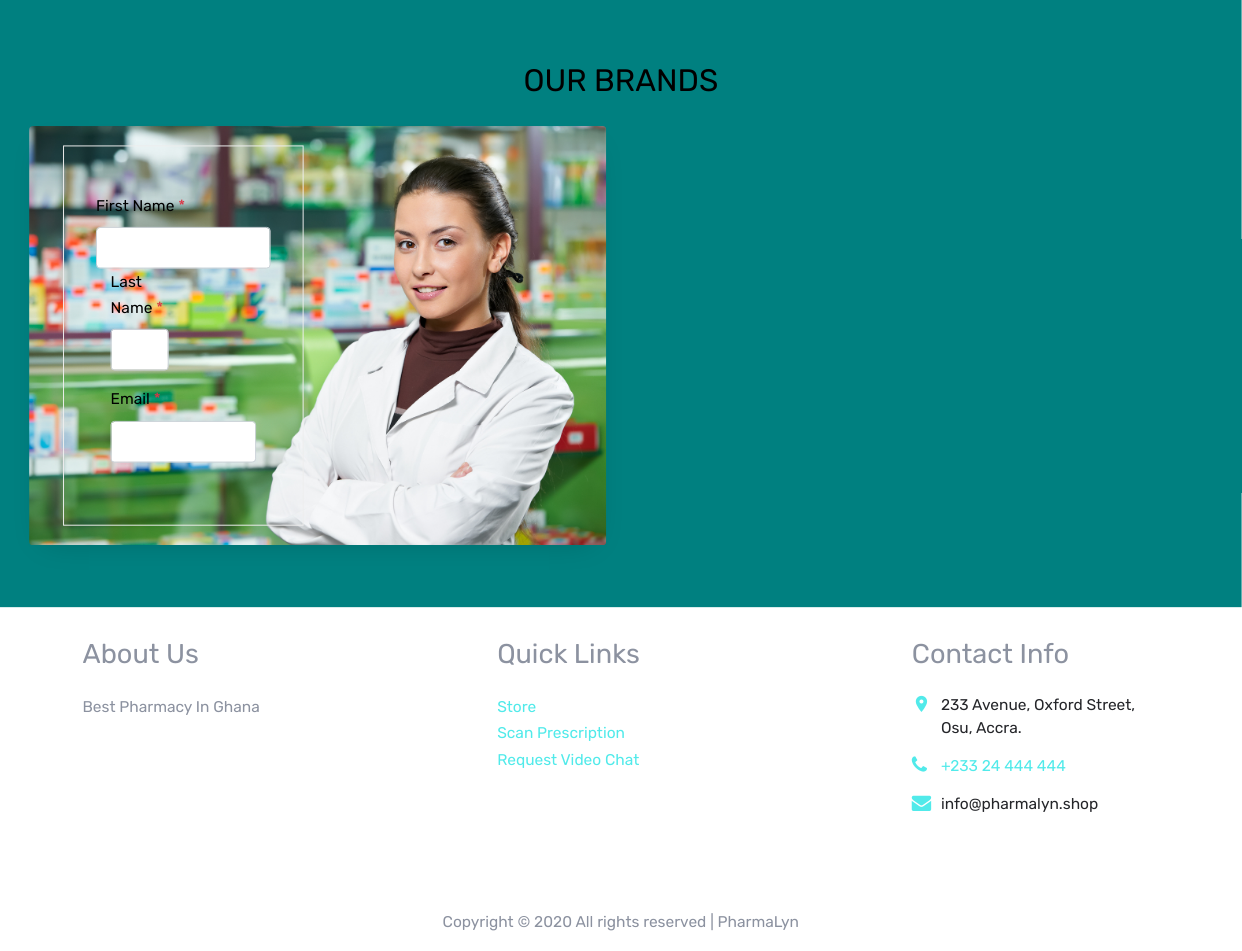
Repository: Nat-A/finalyearproject
Page: pharma/index - Copy.html
The author's editor kept a copy of each file at every save. The page is drawn from the files as they stood at one save, then again after a run of saves.
The browser window is 1280 px wide. The pictures show the part of the page from y = 802 to 1782 px (the page is 1782 px tall before and 1704 px after), at 97% of full size.

Above is the page before, as saved 2020-06-03 12:51:28.

### pharma/index - Copy.html
<!DOCTYPE html>
<html lang="en">

<head>
    <title>PharmaLyn &mdash; HomePage</title>
    <meta charset="utf-8">
    <meta name="viewport" content="width=device-width, initial-scale=1, shrink-to-fit=no">

    <link href="https://fonts.googleapis.com/css?family=Rubik:400,700|Crimson+Text:400,400i" rel="stylesheet">
    <link rel="stylesheet" href="fonts/icomoon/style.css">

    <link rel="stylesheet" href="css/bootstrap.min.css">
    <link rel="stylesheet" href="css/magnific-popup.css">
    <link rel="stylesheet" href="css/jquery-ui.css">
    <link rel="stylesheet" href="css/owl.carousel.min.css">
    <link rel="stylesheet" href="css/owl.theme.default.min.css">


    <link rel="stylesheet" href="css/aos.css">

    <link rel="stylesheet" href="css/style.css">

</head>

<body>

    <div class="site-wrap">

        <!-- navbar  -->
        <div class="site-navbar py-2">

            <div class="search-wrap">
                <div class="container">
                    <a href="#" class="search-close js-search-close"><span class="icon-close2"></span></a>
                    <!-- search feature -->
                    <form action="#" method="post">
                        <input type="text" class="form-control" placeholder="Search drug...">
                    </form>
                </div>
            </div>

            <div class="container">
                <div class="d-flex align-items-center justify-content-between">
                    <div class="logo">
                        <div class="site-logo">
                            <a href="index.html" class="js-logo-clone">PharmaLyn</a>
                        </div>
                    </div>
                    <div class="main-nav d-none d-lg-block">
                        <nav class="site-navigation text-right text-md-center" role="navigation">
                            <ul class="site-menu js-clone-nav d-none d-lg-block">
                                <li class="active"><a href="index.html">Home</a></li>

                                <li class="has-children">
                                    <a href="#">Services</a>
                                    <ul class="dropdown">
                                        <li><a href="shop.html">Store</a></li>
                                        <li><a href="#">Scan Prescription</a></li>
                                        <li><a href="#">Request Video Chat</a></li>
                                    </ul>
                                </li>
                                <li><a href="contact.html">Contact</a></li>
                                <li><a href="about.html">About</a></li>
                                <li><a href="#">Log In / Sign Up  </a></li>
                                <!-- insert modal here -->
                            </ul>
                        </nav>
                    </div>
                    <div class="icons">
                        <a href="#" class="icons-btn d-inline-block js-search-open"><span class="icon-search"></span></a>
                        <a href="cart.html" class="icons-btn d-inline-block bag">
                            <span class="icon-shopping-bag"></span>
                            <!-- subject to the items in the cart -->
                            <span class="number">2</span>
                        </a>
                        <a href="#" class="site-menu-toggle js-menu-toggle ml-3 d-inline-block d-lg-none"><span
                class="icon-menu"></span></a>
                    </div>
                </div>
            </div>
        </div>
        <!-- end of navbar -->


        <!-- site banner -->
        <div class="site-blocks-cover" style="background-image: url('images/pills.jpg');">
            <div class="container">
                <div class="row">
                    <div class="col-lg-7 mx-auto order-lg-2 align-self-center">
                        <div class="site-block-cover-content text-center">
                            <h2 class="sub-title">PharmaLyn, We Care For You</h2>
                            <h1>Welcome To PharmaLyn</h1>
                            <p>
                                <a href="shop.html" class="btn btn-primary px-5 py-3">Shop Now</a>
                            </p>
                        </div>
                    </div>
                </div>
            </div>
        </div>
        <!-- end of banner -->


        <!-- brands -->
        <div class="jumbotron jumbotron-fluid" style="background: teal">
            <div class="container col-lg-12 col-md-12 m-sm-auto">
                <div class="row">
                    <div class="title-section text-center col-12">
                        <h2 class="text-uppercase">Our Brands</h2>
                    </div>
                </div>

                <div class="col-lg-6 mb-5 mb-lg-0 ">
                    <a class="banner-1 h-100 d-flex " style="background-image: url( 'images/avatars/doctor4.jpg'); ">
                        <div class="banner-1-inner align-self-center ">

                            <div class="col-md-12">

                                <form action="#" method="post">

                                    <div class="p-3 p-lg-5 border">
                                        <div class="form-group row">
                                            <div class="col-md-">
                                                <label for="c_fname" class="text-black">First Name <span class="text-danger">*</span></label>
                                                <input type="text" class="form-control" id="c_fname" name="c_fname">
                                            </div>
                                            <div class="col-md-6">
                                                <label for="c_lname" class="text-black">Last Name <span class="text-danger">*</span></label>
                                                <input type="text" class="form-control" id="c_lname" name="c_lname">
                                            </div>
                                        </div>
                                        <div class="form-group row">
                                            <div class="col-md-12">
                                                <label for="c_email" class="text-black">Email <span class="text-danger">*</span></label>
                                                <input type="email" class="form-control" id="c_email" name="c_email" placeholder="">
                                            </div>
                                        </div>




                                    </div>
                                </form>
                            </div>
                        </div>
                    </a>
                </div>








            </div>
        </div>
        <div class="container ">
            <div class="row ">
                <div class="col-md-6 col-lg-3 mb-4 mb-lg-0 ">

                    <div class="block-7 ">
                        <h3 class="footer-heading mb-4 ">About Us</h3>
                        <p>Best Pharmacy In Ghana</p>
                    </div>

                </div>
                <div class="col-lg-3 mx-auto mb-5 mb-lg-0 ">
                    <h3 class="footer-heading mb-4 ">Quick Links</h3>
                    <ul class="list-unstyled ">
                        <li><a href="shop.html ">Store</a></li>
                        <li><a href="# ">Scan Prescription</a></li>
                        <li><a href="# ">Request Video Chat</a></li>
                    </ul>
                </div>

                <div class="col-md-6 col-lg-3 ">
                    <div class="block-5 mb-5 ">
                        <h3 class="footer-heading mb-4 ">Contact Info</h3>
                        <ul class="list-unstyled ">
                            <li class="address ">233 Avenue, Oxford Street, Osu, Accra. </li>
                            <li class="phone "><a href="tel:// ">+233 24 444 444</a></li>
                            <li class="email ">info@pharmalyn.shop</li>
                        </ul>
                    </div>
                </div>
            </div>
            <div class="row pt-5 text-center ">
                <div class="col-md-12 ">
                    <p>
                        Copyright &copy;
                        <script>
                            document.write(new Date().getFullYear());
                        </script> All rights reserved | PharmaLyn
                    </p>
                </div>
            </div>
        </div>
        </footer>
        <!-- end of footer -->
    </div>

    <script src="js/jquery-3.3.1.min.js "></script>
    <script src="js/jquery-ui.js "></script>
    <script src="js/popper.min.js "></script>
    <script src="js/bootstrap.min.js "></script>
    <script src="js/owl.carousel.min.js "></script>
    <script src="js/jquery.magnific-popup.min.js "></script>
    <script src="js/aos.js "></script>

    <script src="js/main.js "></script>

</body>

</html>

Loaded but not shown: pharma/fonts/icomoon/style.css (common file); pharma/css/bootstrap.min.css (library); pharma/css/magnific-popup.css (library); pharma/css/jquery-ui.css (library); pharma/css/owl.carousel.min.css (common file); pharma/css/owl.theme.default.min.css (common file); pharma/css/aos.css (library); pharma/js/jquery-3.3.1.min.js (library); pharma/js/jquery-ui.js (library); pharma/js/popper.min.js (library); pharma/js/bootstrap.min.js (library); pharma/js/owl.carousel.min.js (library); pharma/js/jquery.magnific-popup.min.js (library); pharma/js/aos.js (library); pharma/js/main.js (219 lines, source omitted); pharma/css/style.css (1125 lines, source omitted)

After the next 2 saves:
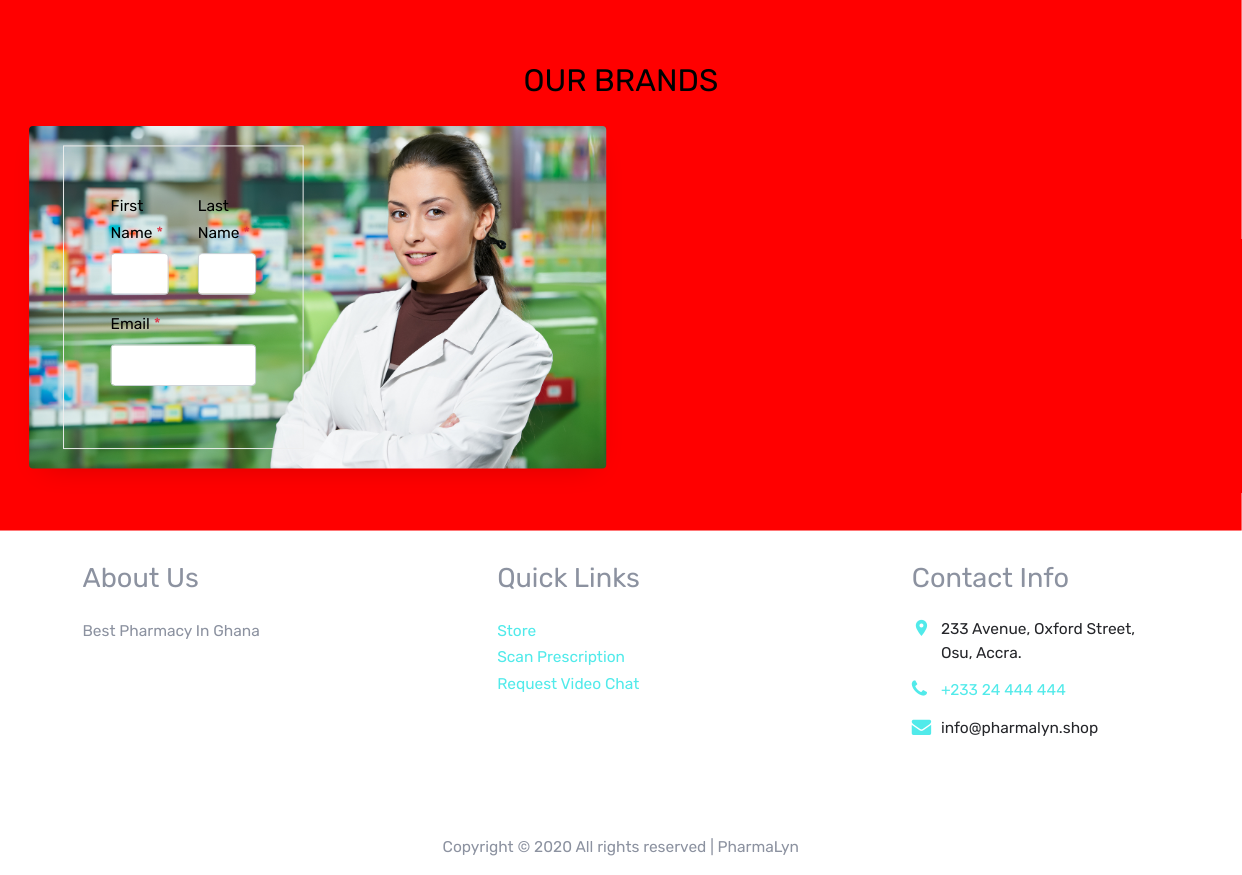
The 2 saves are shown as one change because they came seconds apart.
The last was saved 11 s later.
--- a/pharma/index - Copy.html
+++ b/pharma/index - Copy.html
@@ -102,7 +102,7 @@
 
 
         <!-- brands -->
-        <div class="jumbotron jumbotron-fluid" style="background: teal">
+        <div class="jumbotron jumbotron-fluid" style="background: red">
             <div class="container col-lg-12 col-md-12 m-sm-auto">
                 <div class="row">
                     <div class="title-section text-center col-12">
@@ -120,7 +120,7 @@
 
                                     <div class="p-3 p-lg-5 border">
                                         <div class="form-group row">
-                                            <div class="col-md-">
+                                            <div class="col-md-6">
                                                 <label for="c_fname" class="text-black">First Name <span class="text-danger">*</span></label>
                                                 <input type="text" class="form-control" id="c_fname" name="c_fname">
                                             </div>
